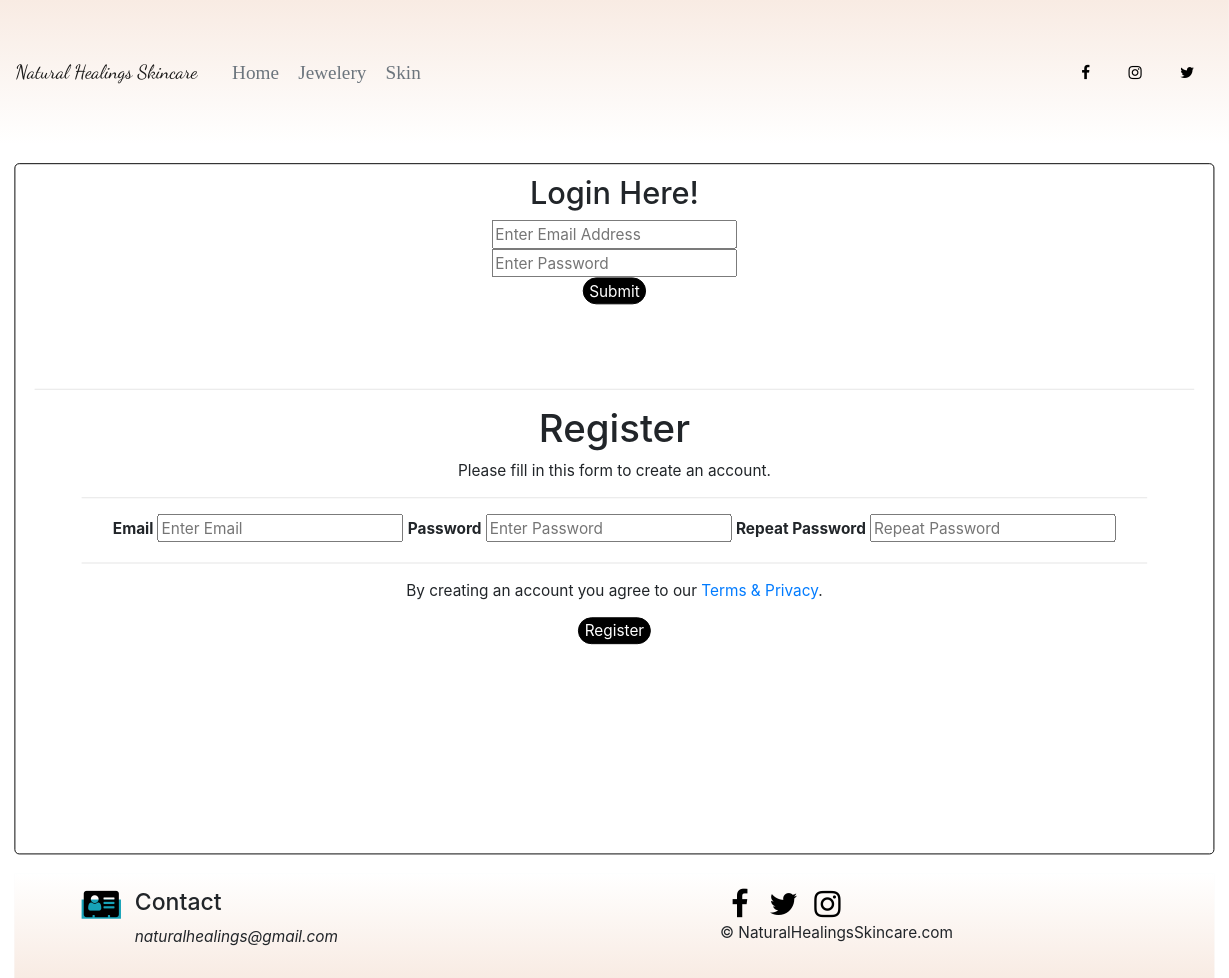
Repository: aliciarawlings/first-milestone
Page: login.html
The author's editor kept a record of every edit. The page is drawn from the files as they stood at one moment, then again after the next edit.
The browser window is 1280 px wide. The pictures show the whole page, at 96% of full size.
Some web fonts or font styles are not loaded; a fallback is used.

Above is the page before.

### login.html
<!DOCTYPE html>
<html lang="en">

<head>
  <meta charset="UTF-8">
  <meta name="viewport" content="width=device-width, initial-scale=1.0">
  <meta http-equiv="X-UA-Compatible" content="ie=edge">
  <link href="https://fonts.googleapis.com/css?family=Source+Serif+Pro&display=swap" rel="stylesheet">
  <link href="https://fonts.googleapis.com/css?family=Dancing+Script&display=swap" rel="stylesheet">
  <script src="https://code.jquery.com/jquery-3.3.1.slim.min.js" integrity="sha384-q8i/X+965DzO0rT7abK41JStQIAqVgRVzpbzo5smXKp4YfRvH+8abtTE1Pi6jizo" crossorigin="anonymous"></script>
  <script src="https://cdnjs.cloudflare.com/ajax/libs/popper.js/1.14.7/umd/popper.min.js" integrity="sha384-UO2eT0CpHqdSJQ6hJty5KVphtPhzWj9WO1clHTMGa3JDZwrnQq4sF86dIHNDz0W1" crossorigin="anonymous"></script>
  <script src="https://stackpath.bootstrapcdn.com/bootstrap/4.3.1/js/bootstrap.min.js" integrity="sha384-JjSmVgyd0p3pXB1rRibZUAYoIIy6OrQ6VrjIEaFf/nJGzIxFDsf4x0xIM+B07jRM" crossorigin="anonymous"></script>
  <link rel="stylesheet" href="assets/css/main.css" type="text/css" />
  <link rel="stylesheet" href="https://stackpath.bootstrapcdn.com/bootstrap/4.3.1/css/bootstrap.min.css" type="text/css" />
  <link rel="stylesheet" href="https://stackpath.bootstrapcdn.com/font-awesome/4.7.0/css/font-awesome.min.css" type="text/css" />
  <title>Login</title>

</head>

<body>
  <!-------------------------------NAVBAR--------------------------------------------------------->
                    <!----BOOTSTRAP-NAVBAR---->
  <nav class="navbar navbar-expand-sm navbar-light bg-light grad navfont">
    <div class="float-sm-right">
     <a  href="index.html" class="navbar-brand heading">Natural Healings Skincare</a>
      <button class="navbar-toggler collapsed" type="button" data-toggle="collapse" data-target="#navbarNav" aria-controls="navbarNav" aria-expanded="false" aria-label="Toggle navigation">
      <span class="navbar-toggler-icon"></span>
    </button>
    </div>
    <div class="collapse navbar-collapse d-fixed-top-d-sm-block" id="navbarNav">
      <ul class="navbar-nav">
        <li class="nav-item">
          <a class="nav-brand text-muted" href="index.html">Home</a>
        </li>
        <li class="nav-item">
          <a class="nav-brand text-muted" href="jewelery.html">Jewelery</a>
        </li>
        <li class="nav-item">
          <a class="nav-brand text-muted" href="skincare.html">Skin </a>

        </li>
      </ul>
      <div class="container-fluid d-none d-sm-block d-none d-md-block">
        <div class="row">
          <div class="col">
          </div>
          <a class="fa fa-facebook social" href="https://www.facebook.com/NaturalHealingsSkincare/" target="_blank"></a>
          <i class="fa fa-instagram social "></i>
          <i class="fa fa-twitter social"></i>
        </div>
      </div>
  </nav>
  <div class="container-fluid">
    <!-------------------------------NAVBAR-END--------------------------------------------------------->





<!-------------------------------Login window--------------------------------------------------------->


    <div class="login form form2">

      <form action="index.html">
        <h2>Login Here!</h2>
          <input type="email" name="usrname" placeholder="Enter Email Address" required><br>
          <input type="password" name="pssword" placeholder="Enter Password" required><br>
          <input type="submit"class="submit">
      </form>

      <br>
      <br>
      <br>
      <hr>

<form action="completereg.html">
  <div class="container">
    <h1>Register</h1>
    <p>Please fill in this form to create an account.</p>
    <hr>

    <label for="email"><b>Email</b></label>
    <input type="text" placeholder="Enter Email" name="email" required>

    <label for="psw"><b>Password</b></label>
    <input type="password" placeholder="Enter Password" name="psw" required>

    <label for="psw-repeat"><b>Repeat Password</b></label>
    <input type="password" placeholder="Repeat Password" name="psw-repeat" required>
    <hr>

    <p>By creating an account you agree to our <a href="https://www.termsandconditionsgenerator.com/live.php?token=SHeBNYLzfg2TS3RkcuW0MB6fBjvnlzeK" target="_blank">Terms & Privacy</a>.</p>
    <button type="submit" class="submit">Register</button>
  </div>

</form>

    </div>
















</body>
<!-------------------------------PRODUCT FORM END--------------------------------------------------------->


<!-------------------------------FOOTER--------------------------------------------------------->
                <!-----BOOTSTRAP-FOOTER--->

<footer>
  <div class="container-fluid bg-light py-3 grad2 ">
    <div class="container">
      <div class="row">
        <div class="col-md-7">
          <div class="row py-0">
            <div class="col-sm-1 hidden-md-down">
              <a class="bg-circle bg-info" href="#">
                <i class="fa fa-2x fa-fw fa-address-card"style=color:black; aria-hidden="true "></i>
              </a>
            </div>
            <div class="col-sm-11">
              <div>
                <h4>Contact</h4>
                <p><em>naturalhealings@gmail.com</em></p>
              </div>
            </div>
          </div>
        </div>
        <div class="col-md-5">
          <div class="d-inline-block">
            <div class="bg-circle-outline d-inline-block">
              <a href="https://www.facebook.com/NaturalHealingsSkincare/" target="_blank"><i class="fa fa-2x fa-fw fa-facebook" style="color:black;"></i>
		</a>
            </div>
            <div class="bg-circle-outline d-inline-block">
              <a href="https://twitter.com/" target="_blank">
                <i class="fa fa-2x fa-fw fa-twitter"style="color:black;"></i></a>
            </div>

            <div class="bg-circle-outline d-inline-block">
              <a href="https://www.instagram.com/natural.healings.skincare/" target="_blank">
                <i class="fa fa-2x fa-fw fa-instagram"style="color:black;"></i></a>
            </div>
            <p>&copy; NaturalHealingsSkincare.com

            </p>

          </div>
        </div>
      </div>
    </div>
  </div>
  </div>


</footer>


<!-------------------------------FOOTER--------------------------------------------------------->






<link rel="stylesheet" href="https://stackpath.bootstrapcdn.com/font-awesome/4.7.0/css/font-awesome.min.css" type="text/css" />

</html>

### assets/css/main.css
/*--header+nav--*/

.bg-img {
  background: url("../images/mainlogo.png");
  min-height: 700px;
  background-position: center;
  background-repeat: no-repeat;
  background-size: cover;
  position: relative;
  background-attachment: initial;
  background-size: 100%;

}

.grad {
  height: 150px;
  background-image: linear-gradient(#f8ebe3, white);
}



.navfont li {
  font-size: 20px;
  color: black;
  padding-left: 20px;
  font-family: 'Crimson Text', serif;
}



.social {
  color: black;
  padding: 20px;


}


.social:hover {
  color: purple;
  text-decoration: none;
}





.heading {
  size: 60px;
  font-family: 'Dancing Script', cursive;
  color: #996515;

}


/*--------header and NAv End-------*/

/*--product-display--*/

.cards {
  text-align: center;
  box-shadow: 0px 2px 4px 0px rgba(0, 0, 0, 0.5);
  width: 100%;
   font-family: 'Crimson Text', serif;


}



.cardfont{
  font-size:20px;
}

.card-title {
  height: 40px;

}


/*---------form PAges------*/

.form {
  width: 100%;
  height:auto;
  text-align: center;
  border: solid 1px black;
  margin: 20px 0;
  padding: 12px 20px;
  display: inline-block;
  border-radius: 5px;

}

input[text] {
  width: auto;
  height: auto;
}

input[date] {
  width: auto;
  height: auto;
}

input[email] {
  width: auto;
  height: auto;
}


.submit {
  background-color:black;
  color:white;
  border:1px black solid;
  border-radius:25px;
}


/*----------LOGIN PAGE---------*/
.login {
  text-align:center;
  width: 100%;
  height:auto;
  text-align: center;
  border: solid 1px black;
  margin: 20px 0;
  padding: 12px 20px;
  display: inline-block;
  border-radius: 5px;

}





/*-----media-query-------------------------*/



@media only screen and (min-width:768px){
  .form2{
    height:100vh;
  }
}




@media only screen and (min-width:1440px){
  .card:hover {

  filter: opacity(30%);
}


}




@media only screen and (max-width:420px) {
  .bg-img {
    min-height: 250px;
  }
}



@media only screen and (max-width:2560px) {
  .foot1 {
    position: fixed;
    left: 0;
    bottom: 0;

  }
}

@media only screen and (min-width:319px) {
  .foot1 {
    position: relative;
    left: 0;
    bottom: 0;
  }
}


/*------footer--------*/
.grad2 {
  background-image: linear-gradient(white, #f8ebe3);
}

After the next edit:
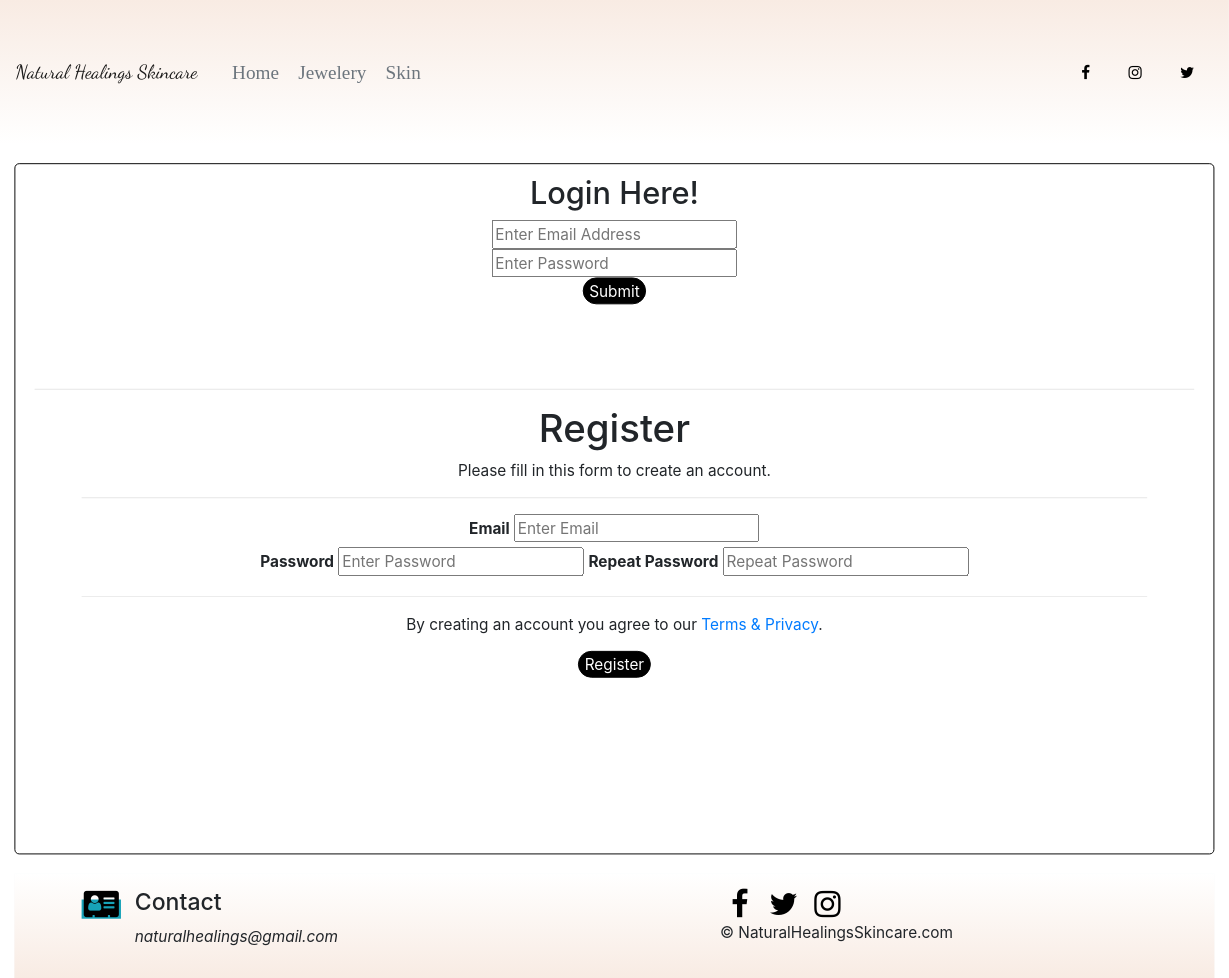
The edit:
--- a/login.html
+++ b/login.html
@@ -81,7 +81,7 @@
     <hr>
 
     <label for="email"><b>Email</b></label>
-    <input type="text" placeholder="Enter Email" name="email" required>
+    <input type="text" placeholder="Enter Email" name="email" required><br>
 
     <label for="psw"><b>Password</b></label>
     <input type="password" placeholder="Enter Password" name="psw" required>
